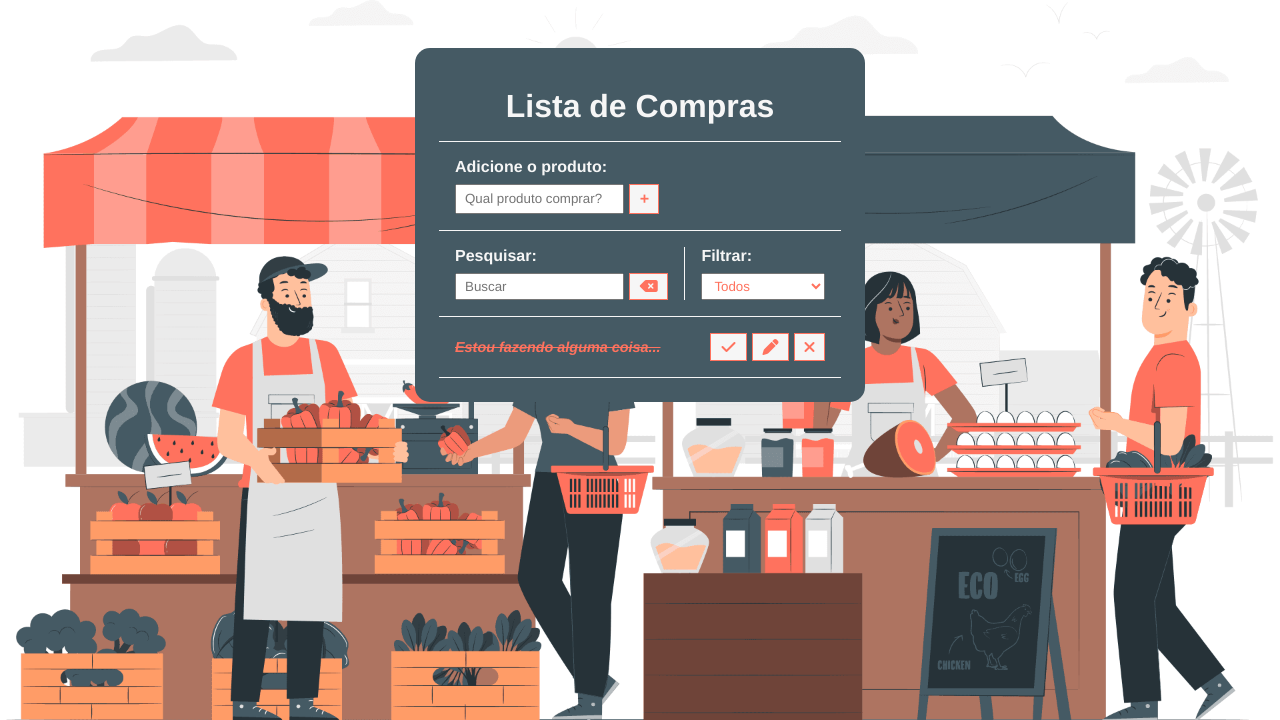
Repository: Dkrvalho/mercado
Page: index.html
The author's editor kept a copy of each file at every save. The page is drawn from the files as they stood at one save, then again after the next save.
The browser window is 1280 px wide. The pictures show the whole page.

Above is the page before, as saved 2023-01-09 19:39:47.

After the next save:
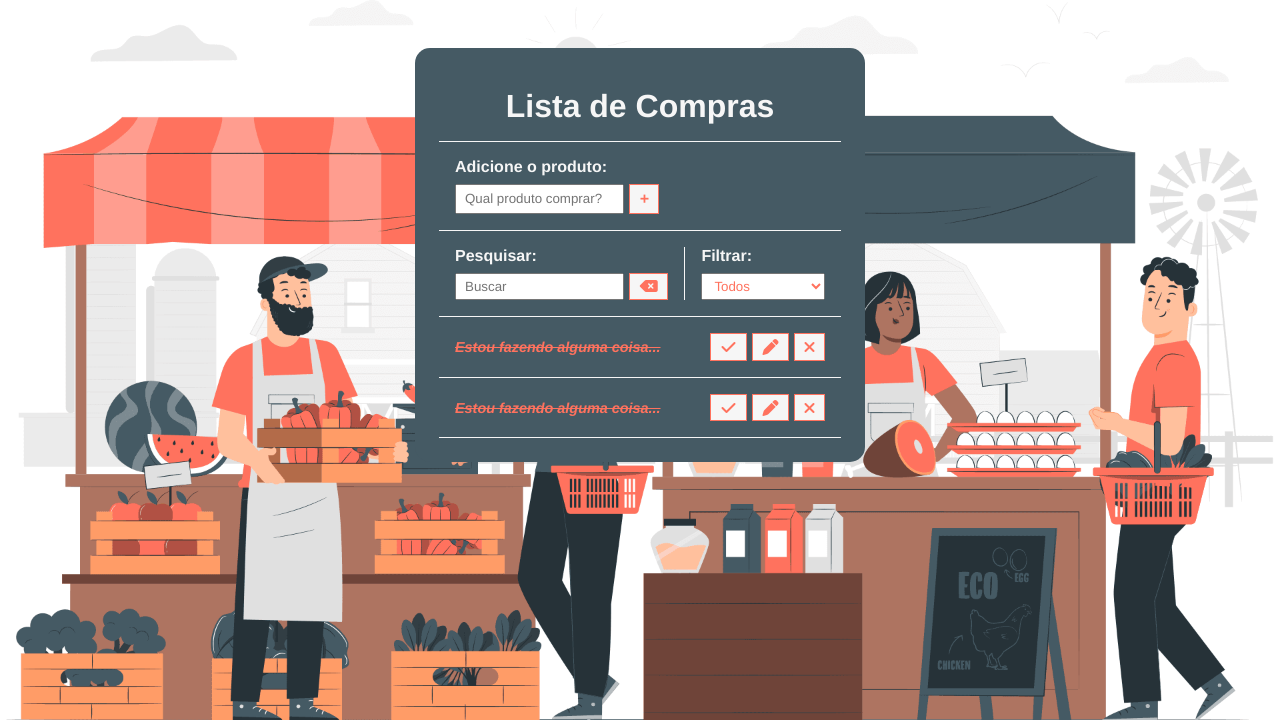
Saved 3 min 35 s later.
--- a/index.html
+++ b/index.html
@@ -69,6 +69,18 @@
                     <i class="fa-solid fa-xmark"></i>
                 </button>
             </div>
+            <div class="todo done">
+                <h3>Estou fazendo alguma coisa...</h3>
+                <button class="finish-todo" type="button" aria-label="finalizar">
+                    <i class="fa-solid fa-check"></i>
+                </button>
+                <button class="edit-todo" type="button" aria-label="editar">
+                    <i class="fa-solid fa-pen"></i>
+                </button>
+                <button class="remove-todo" type="button" aria-label="excluir">
+                    <i class="fa-solid fa-xmark"></i>
+                </button>
+            </div>
         </div>
     </main>
 </body>
